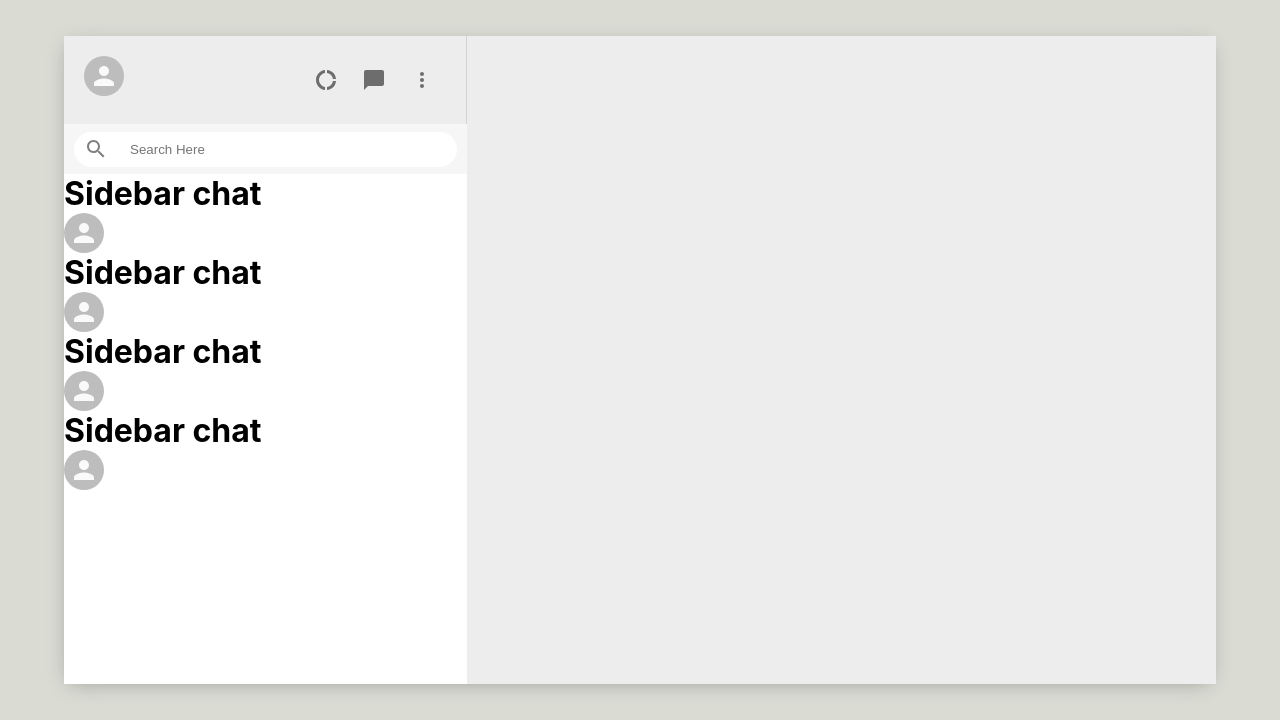
Repository: Prafullkuma/whatsappclon
Page: /
These files come from the project's save history. The page is drawn as it stood at one moment and after the next save; the edit follows.
The browser window is 1280 px wide. The pictures show the whole page.
The project was rebuilt for these pictures with package versions that can differ from the ones it lists, and the page was loaded fresh each time. Also part of the build but not shown: src/Component/Chat/sidebarChat.css.

Above is the page before, as saved 2020-08-19 12:20:02.

After the next save:
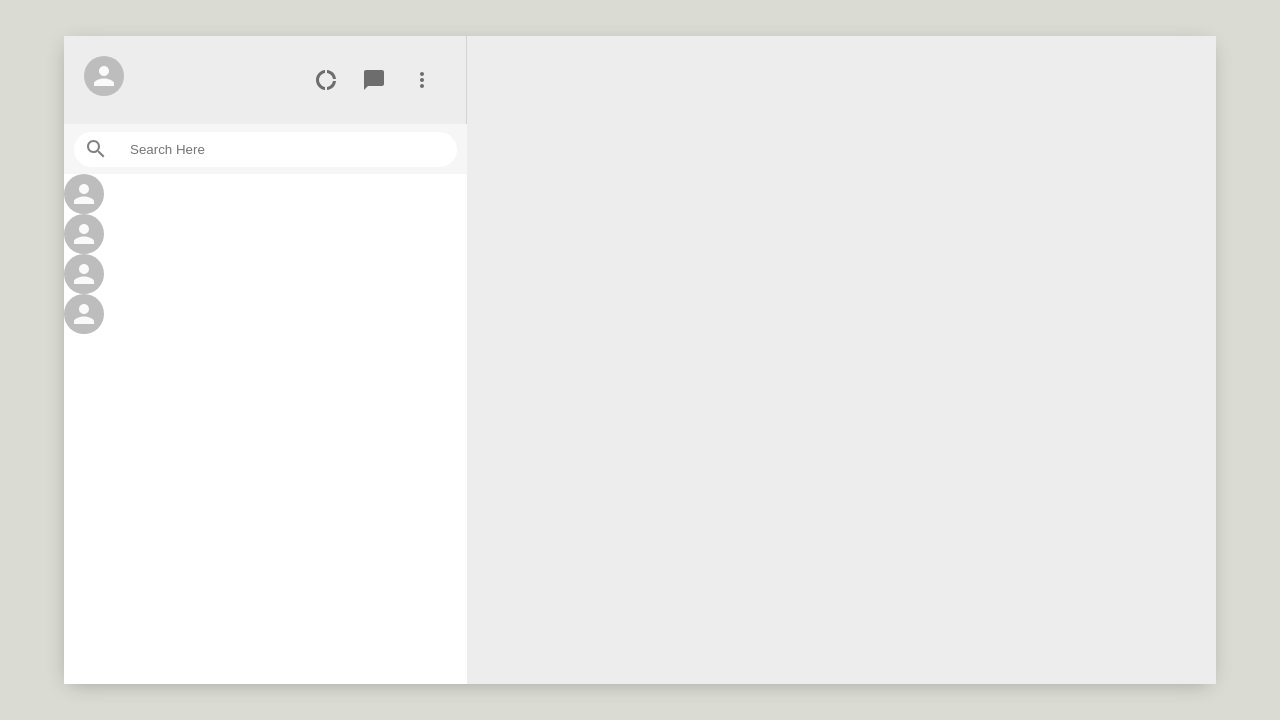
Saved 6 s later.
--- a/src/Component/Chat/SidebarChat.js
+++ b/src/Component/Chat/SidebarChat.js
@@ -4,8 +4,8 @@ import { Avatar } from '@material-ui/core'
 function SidebarChat() {
     return (
         <div>
-            <h1>Sidebar chat </h1>
             <Avatar />
+
         </div>
     )
 }
